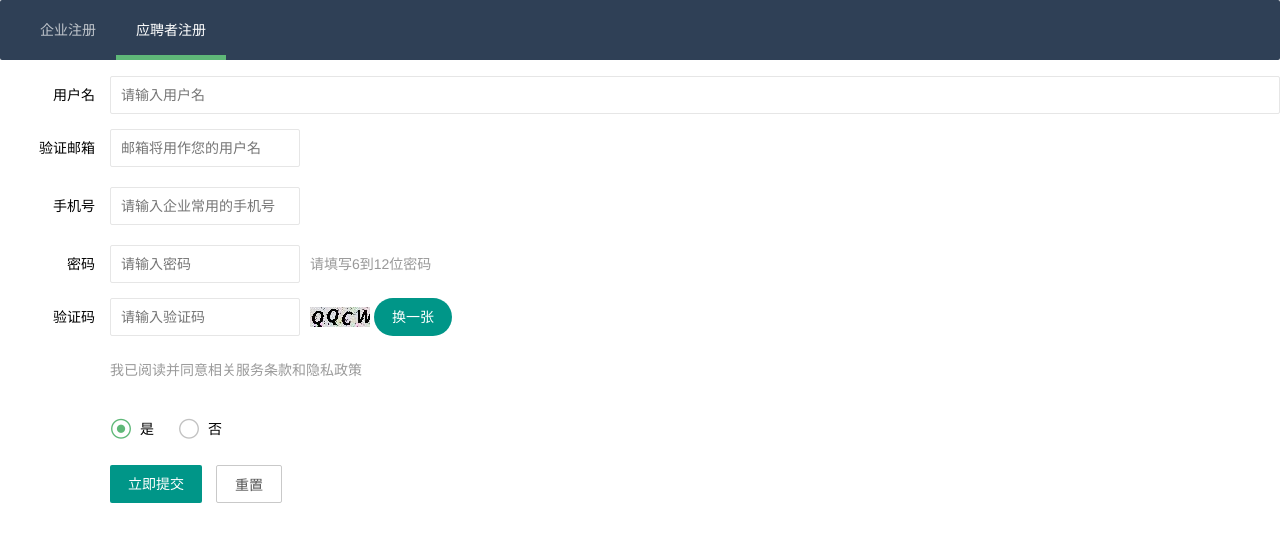
Repository: LongJinhe-coder/java-web-
Page: http://localhost/projectDemo1/personalregister.jsp
These files come from the project's save history. The page is drawn as it stood at one moment and after the next save; the edit follows.
The browser window is 1280 px wide. The pictures show the whole page.
The page is served by Tomcat 9.

Above is the page before, as saved 2020-07-27 10:41:38.

After the next save:
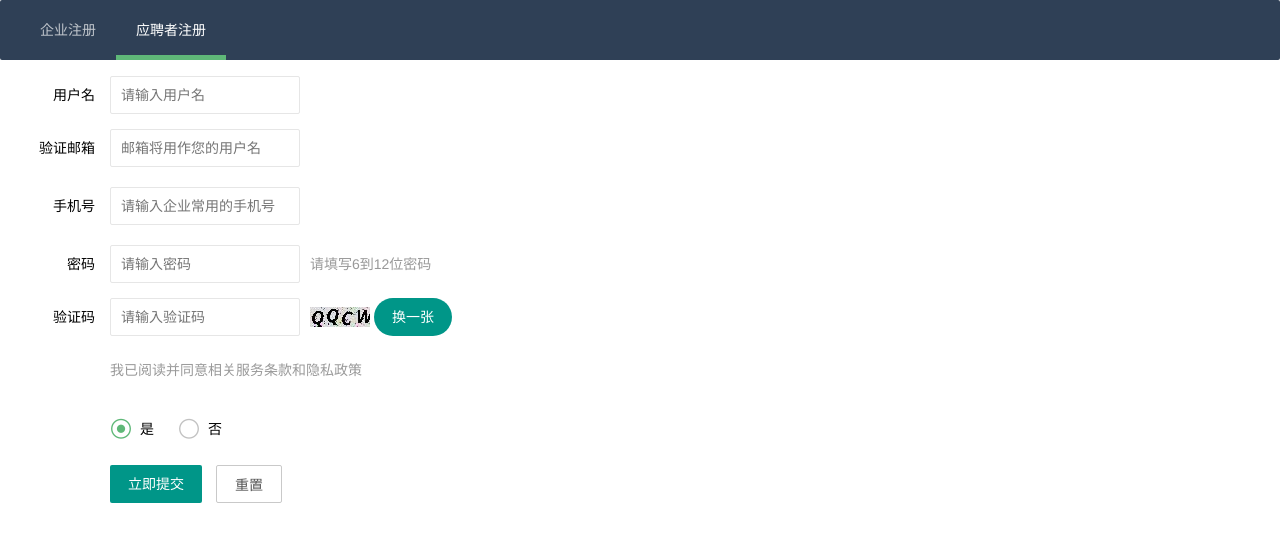
Saved 45 s later.
--- a/MyEclipse CI/projectDemo1/WebRoot/personalregister.jsp
+++ b/MyEclipse CI/projectDemo1/WebRoot/personalregister.jsp
@@ -41,7 +41,7 @@ String basePath = request.getScheme()+"://"+request.getServerName()+":"+request.
 
 <div class="layui-form-item">
     <label class="layui-form-label">用户名</label>
-    <div class="layui-input-block">
+    <div class="layui-input-inline">
       <input type="text" name="title" id="title" lay-verify="title" autocomplete="off" placeholder="请输入用户名" class="layui-input">
     </div>
   </div>
